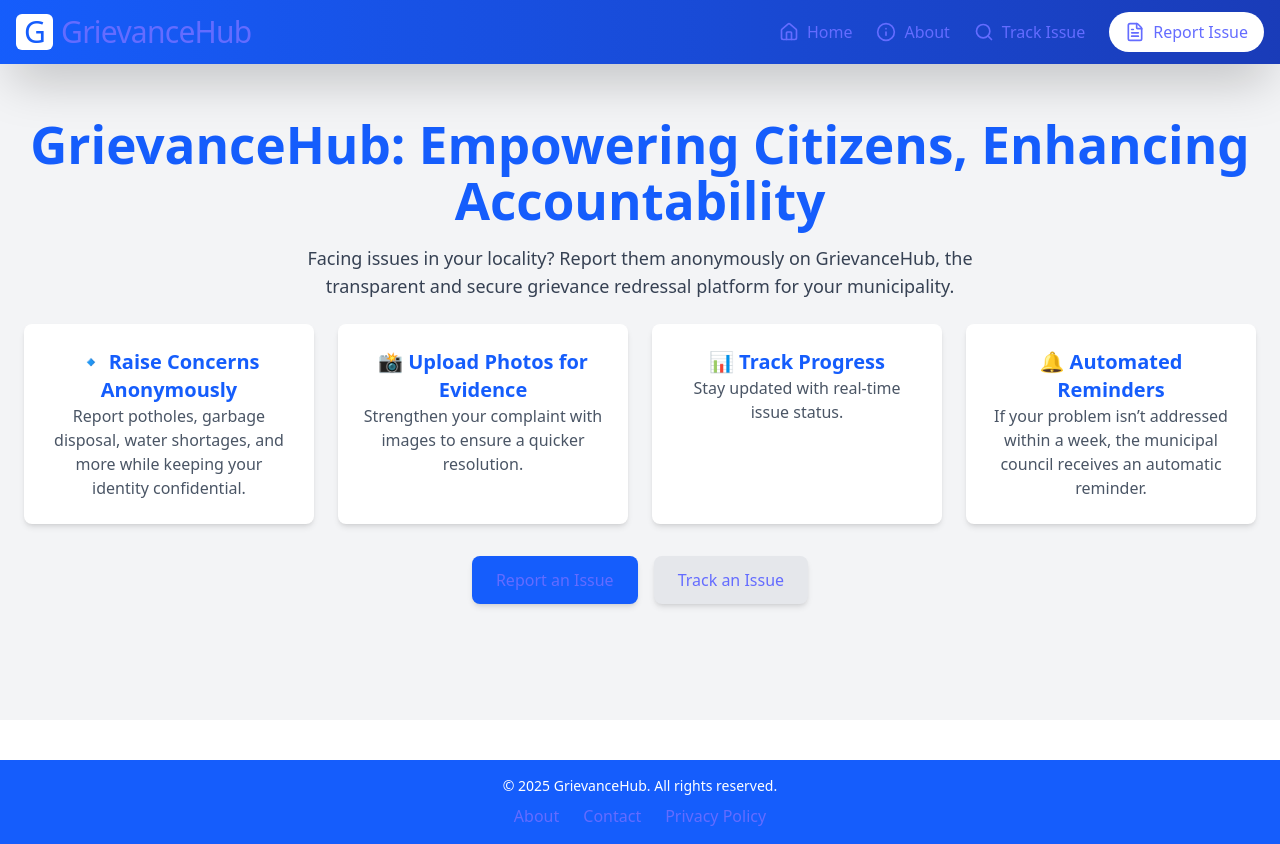
Repository: Aishi4/Grievance-Hub
Page: / (app in my-vite-Griv/)
These files come from the project's save history. The page is drawn as it stood at one moment and after the next save; the edit follows.
The browser window is 1280 px wide. The pictures show the whole page.
The project was rebuilt for these pictures with package versions that can differ from the ones it lists, and the page was loaded fresh each time. Also part of the build but not shown: my-vite-Griv/vite.config.js, my-vite-Griv/src/ReportSubmit.jsx, my-vite-Griv/src/Report.jsx, my-vite-Griv/src/App.jsx.

Above is the page before, as saved 2025-03-27 20:23:16.

After the next save:
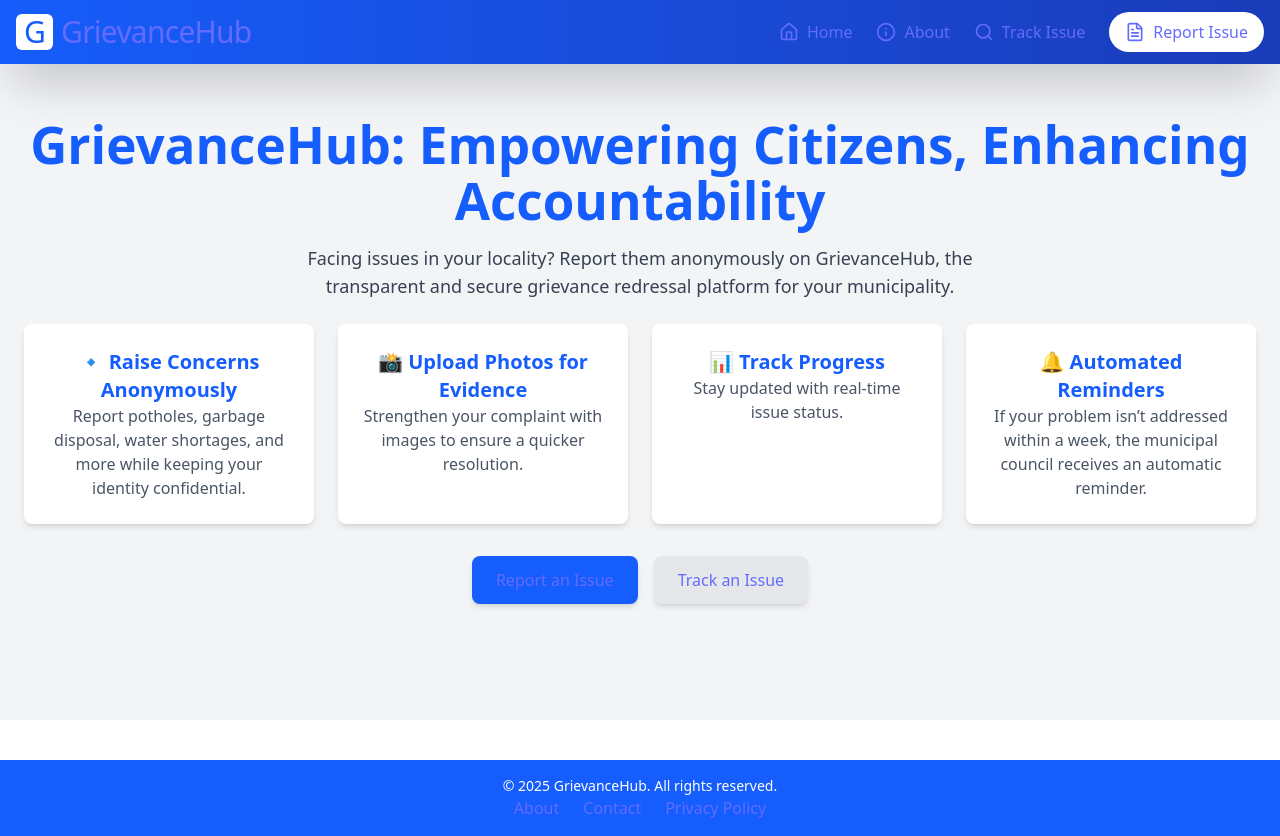
Saved 13 s later.
--- a/my-vite-Griv/src/Footer.jsx
+++ b/my-vite-Griv/src/Footer.jsx
@@ -3,7 +3,7 @@
       <footer className="bg-blue-600 text-white py-4 mt-10 text-center">
         <div className="container mx-auto">
           <p className="text-sm">&copy; {new Date().getFullYear()} GrievanceHub. All rights reserved.</p>
-          <div className="flex justify-center space-x-6 mt-2">
+          <div className="flex justify-center space-x-6 ">
             <a href="/about" className="hover:underline">About</a>
             <a href="/contact" className="hover:underline">Contact</a>
             <a href="/privacy" className="hover:underline">Privacy Policy</a>

After the save that followed:
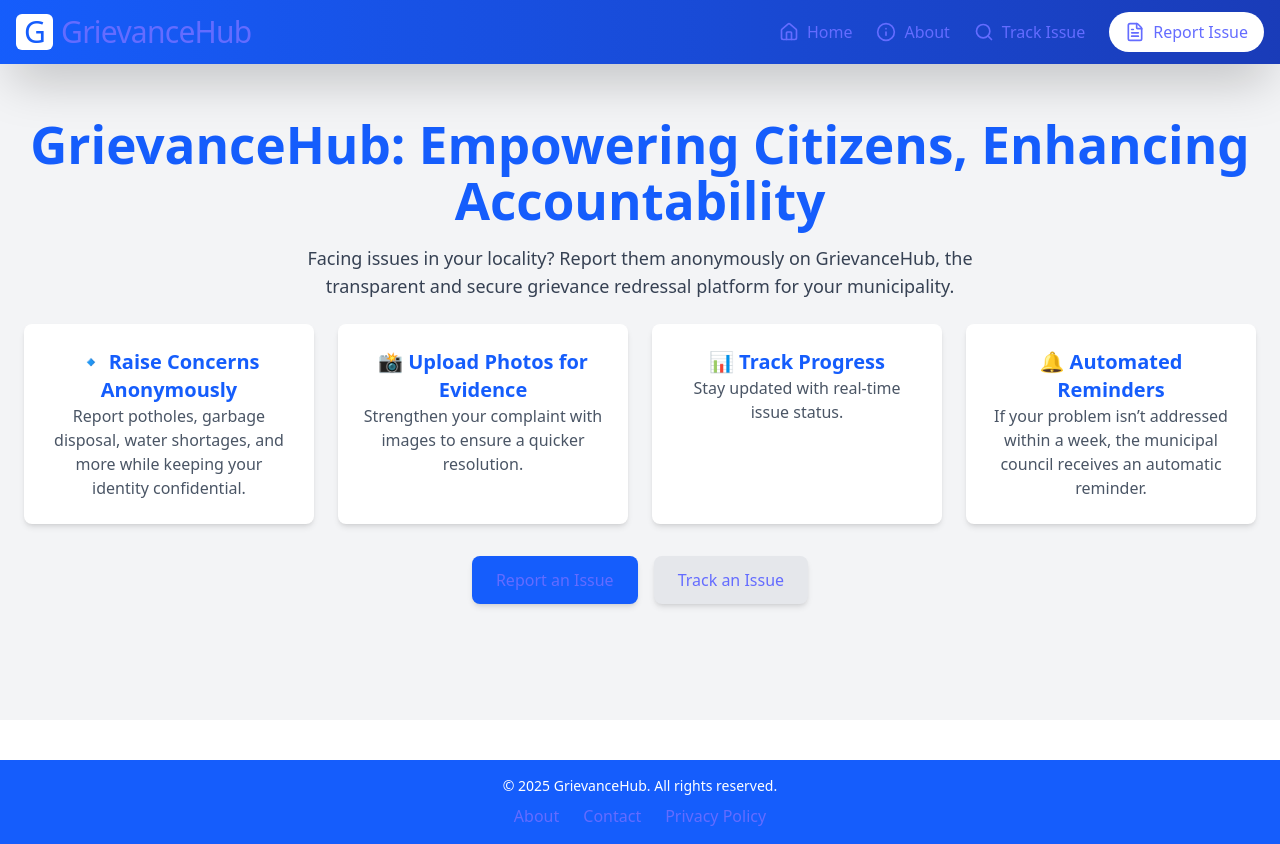
Saved 5 s later.
--- a/my-vite-Griv/src/Footer.jsx
+++ b/my-vite-Griv/src/Footer.jsx
@@ -3,7 +3,7 @@
       <footer className="bg-blue-600 text-white py-4 mt-10 text-center">
         <div className="container mx-auto">
           <p className="text-sm">&copy; {new Date().getFullYear()} GrievanceHub. All rights reserved.</p>
-          <div className="flex justify-center space-x-6 ">
+          <div className="flex justify-center space-x-6 mt-2">
             <a href="/about" className="hover:underline">About</a>
             <a href="/contact" className="hover:underline">Contact</a>
             <a href="/privacy" className="hover:underline">Privacy Policy</a>
